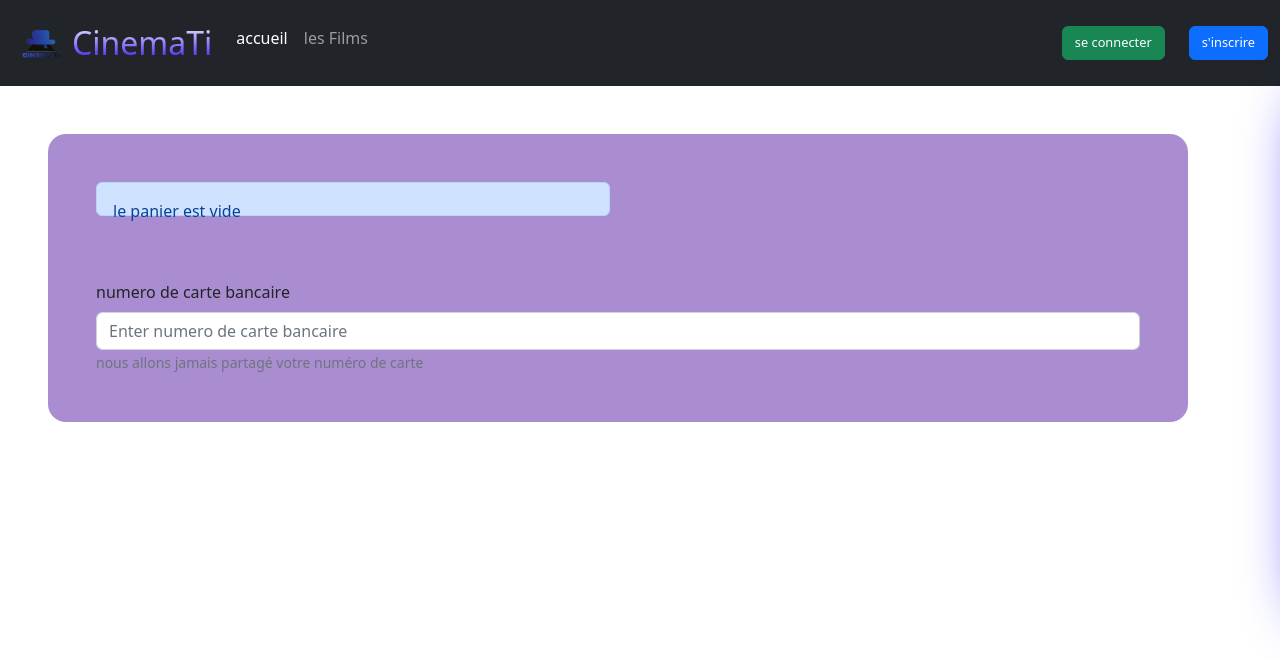
Repository: ahmed-rabah/cinemaMiniProject
Page: http://localhost/finaliserCommande.php
These files come from the project's save history. The page is drawn as it stood at one moment and after the next save; the edit follows.
The browser window is 1280 px wide. The pictures show the whole page.
The page is run by PHP 8.4 with error messages shown; the project is at /var/www/html/.

Above is the page before, as saved 2023-01-12 12:55:13.
Console error: TypeError: Cannot read properties of null (reading 'addEventListener')

After the next save:
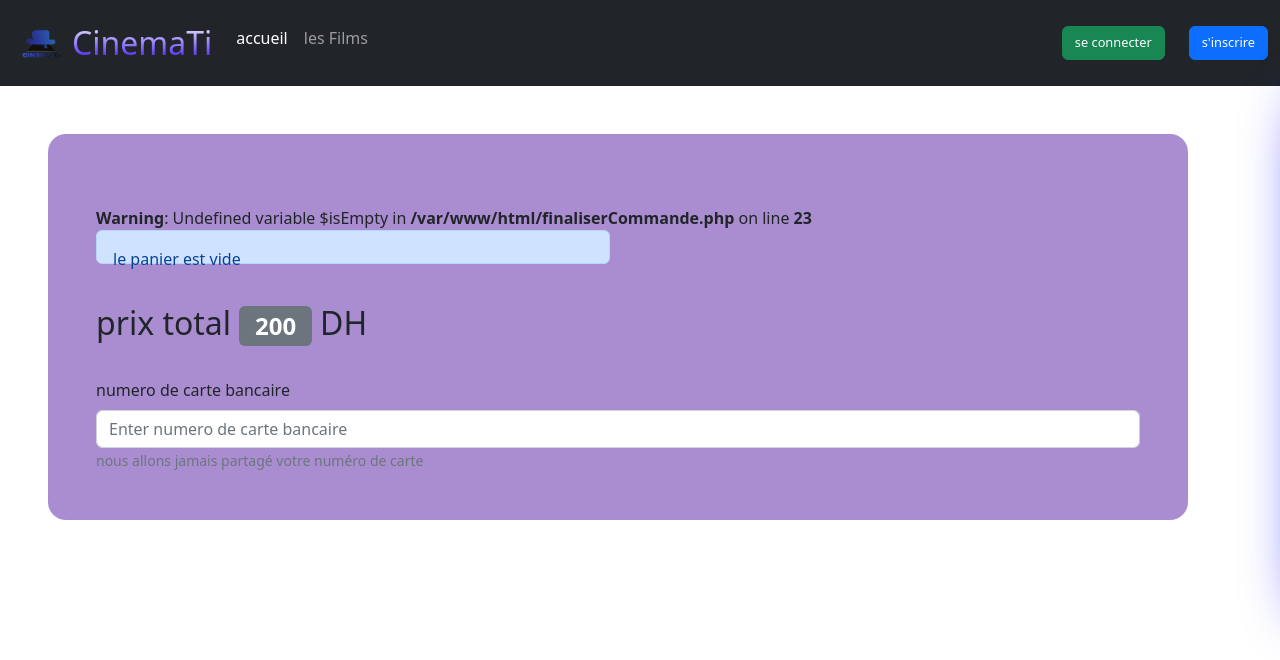
Saved 2 min 24 s later.
--- a/finaliserCommande.php
+++ b/finaliserCommande.php
@@ -20,15 +20,17 @@
 
     </header>
     <main class="container">
+        <?php if(!$isEmpty){ ?>
         <section class="" id="cartContainer"></section>
-
+        <h2>prix total <span class="badge bg-secondary">200</span> DH</h2>
         <form action="./functions/commanderProcess.php" method="post">
-                <div class="form-group">
-                    <label for="cardNumber" class="form-label mt-4">numero de carte bancaire</label>
-                    <input type="text" class="form-control" id="cardNumber" aria-describedby="numberMsg" placeholder="Enter numero de carte bancaire">
-                    <small id="numberMsg" class="form-text text-muted">nous allons jamais partagé votre numéro de carte</small>
-                </div>
+            <div class="form-group">
+                <label for="cardNumber" class="form-label mt-4">numero de carte bancaire</label>
+                <input type="text" class="form-control" id="cardNumber" aria-describedby="numberMsg" placeholder="Enter numero de carte bancaire">
+                <small id="numberMsg" class="form-text text-muted">nous allons jamais partagé votre numéro de carte</small>
+            </div>
         </form>
+    <?php } ?>
     </main>
 
     <div class="absoluteCart m-2 p-1"></div>
